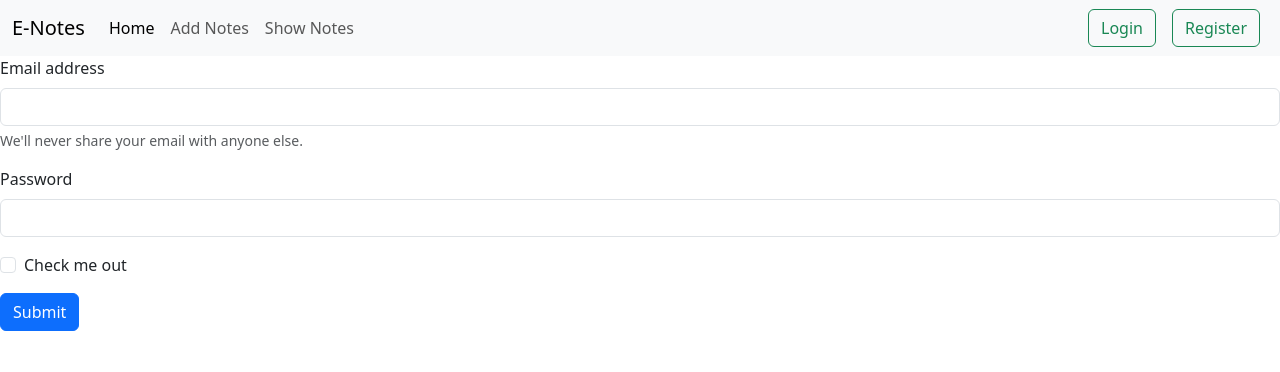
Repository: SandeepSharma2002/JavaProjects
Page: http://localhost/ENotes/LoginPage.jsp
These files come from the project's save history. The page is drawn as it stood at one moment and after the next save; the edit follows.
The browser window is 1280 px wide. The pictures show the whole page.
The page is served by Tomcat 9. Other server files are loaded and not shown.

Above is the page before, as saved 2023-10-23 19:53:26.

### ENotes/src/main/webapp/LoginPage.jsp
<%@ page language="java" contentType="text/html; charset=ISO-8859-1"
	pageEncoding="ISO-8859-1"%>
<!DOCTYPE html>
<html>
<head>
<meta charset="ISO-8859-1">
<title>Login Page</title>
<%@ include file="Components/allcss.jsp"%>
</head>
<body>
	<%@include file="Components/Navbar.jsp"%>
	<form>
		<div class="mb-3">
			<label for="exampleInputEmail1" class="form-label">Email
				address</label> <input type="email" class="form-control"
				id="exampleInputEmail1" aria-describedby="emailHelp">
			<div id="emailHelp" class="form-text">We'll never share your
				email with anyone else.</div>
		</div>
		<div class="mb-3">
			<label for="exampleInputPassword1" class="form-label">Password</label>
			<input type="password" class="form-control"
				id="exampleInputPassword1">
		</div>
		<div class="mb-3 form-check">
			<input type="checkbox" class="form-check-input" id="exampleCheck1">
			<label class="form-check-label" for="exampleCheck1">Check me
				out</label>
		</div>
		<button type="submit" class="btn btn-primary">Submit</button>
	</form>
</body>
</html>

### ENotes/src/main/webapp/Components/allcss.jsp
<link ref="stylesheet" href="Style/Style.css" />

<link
	href="https://cdn.jsdelivr.net/npm/bootstrap@5.3.2/dist/css/bootstrap.min.css"
	rel="stylesheet"
	integrity="sha384-T3c6CoIi6uLrA9TneNEoa7RxnatzjcDSCmG1MXxSR1GAsXEV/Dwwykc2MPK8M2HN"
	crossorigin="anonymous">

<link rel="stylesheet"
	href="https://cdnjs.cloudflare.com/ajax/libs/font-awesome/6.4.2/css/all.min.css"
	integrity="sha512-z3gLpd7yknf1YoNbCzqRKc4qyor8gaKU1qmn+CShxbuBusANI9QpRohGBreCFkKxLhei6S9CQXFEbbKuqLg0DA=="
	crossorigin="anonymous" referrerpolicy="no-referrer" />


<script
	src="https://cdn.jsdelivr.net/npm/bootstrap@5.3.2/dist/js/bootstrap.bundle.min.js"
	integrity="sha384-C6RzsynM9kWDrMNeT87bh95OGNyZPhcTNXj1NW7RuBCsyN/o0jlpcV8Qyq46cDfL"
	crossorigin="anonymous"></script>

### ENotes/src/main/webapp/Components/Navbar.jsp
<nav class="navbar navbar-expand-lg navbar-light bg-light">
  <div class="container-fluid">
    <a class="navbar-brand" href="index.jsp">E-Notes</a>
    <button class="navbar-toggler" type="button" data-bs-toggle="collapse" data-bs-target="#navbarSupportedContent" aria-controls="navbarSupportedContent" aria-expanded="false" aria-label="Toggle navigation">
      <span class="navbar-toggler-icon"></span>
    </button>
    <div class="collapse navbar-collapse" id="navbarSupportedContent">
      <ul class="navbar-nav me-auto mb-2 mb-lg-0">
        <li class="nav-item">
          <a class="nav-link active" aria-current="page" href="#">Home</a>
        </li>
        <li class="nav-item">
          <a class="nav-link" href="#">Add Notes</a>
        </li>
        <li class="nav-item">
          <a class="nav-link" href="#">Show Notes</a>
        </li>
      </ul>
      <form class="d-flex">
        <a href = "LoginPage.jsp" class = "btn btn-outline-success my-2 my-sm-0 mx-sm-2" type = "submit">Login</a>
        <a href = "RegisterPage.jsp" class = "btn btn-outline-success my-2 my-sm-0 mx-sm-2" type = "submit">Register</a>
      </form>
    </div>
  </div>
</nav>

After the next save:
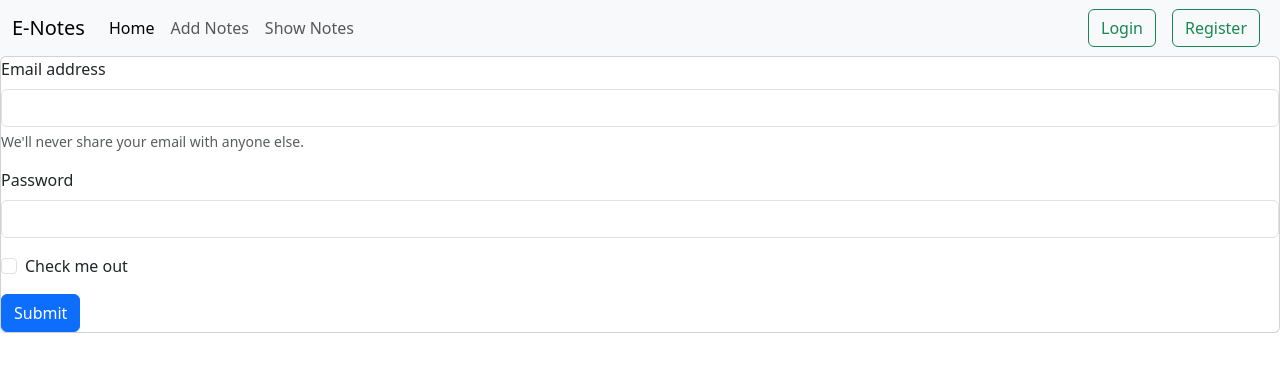
Saved 65 s later.
--- a/ENotes/src/main/webapp/LoginPage.jsp
+++ b/ENotes/src/main/webapp/LoginPage.jsp
@@ -9,6 +9,7 @@
 </head>
 <body>
 	<%@include file="Components/Navbar.jsp"%>
+	<div class= "card">
 	<form>
 		<div class="mb-3">
 			<label for="exampleInputEmail1" class="form-label">Email
@@ -29,5 +30,6 @@
 		</div>
 		<button type="submit" class="btn btn-primary">Submit</button>
 	</form>
+	</div>
 </body>
 </html>
